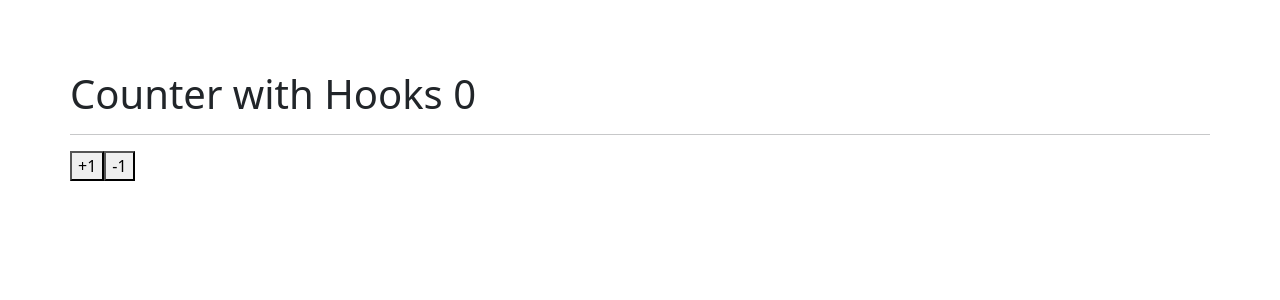
Repository: ppfeliuu/hooks-app
Page: /
An editor plug-in stored every save of this project. The page is shown before and after the next save, followed by the edit.
The browser window is 1280 px wide. The pictures show the whole page.
The project was rebuilt for these pictures with package versions that can differ from the ones it lists, and the page was loaded fresh each time. Also part of the build but not shown: src/components/01-useState/CounterApp.js, src/HookApp.js.

Above is the page before, as saved 2021-05-27 21:51:48.

### public/index.html
<!DOCTYPE html>
<html lang="en">
  <head>
    <meta charset="utf-8" />
    <link rel="icon" href="%PUBLIC_URL%/favicon.ico" />
    <meta name="viewport" content="width=device-width, initial-scale=1" />
    <meta name="theme-color" content="#000000" />
    <meta
      name="description"
      content="Web site created using create-react-app"
    />
    <link rel="apple-touch-icon" href="%PUBLIC_URL%/logo192.png" />
    <!--
      manifest.json provides metadata used when your web app is installed on a
      user's mobile device or desktop. See https://developers.google.com/web/fundamentals/web-app-manifest/
    -->
    <link rel="manifest" href="%PUBLIC_URL%/manifest.json" />
    <!--
      Notice the use of %PUBLIC_URL% in the tags above.
      It will be replaced with the URL of the `public` folder during the build.
      Only files inside the `public` folder can be referenced from the HTML.

      Unlike "/favicon.ico" or "favicon.ico", "%PUBLIC_URL%/favicon.ico" will
      work correctly both with client-side routing and a non-root public URL.
      Learn how to configure a non-root public URL by running `npm run build`.
    -->
    <link
      href="https://cdn.jsdelivr.net/npm/bootstrap@5.0.1/dist/css/bootstrap.min.css"
      rel="stylesheet"
      integrity="sha384-+0n0xVW2eSR5OomGNYDnhzAbDsOXxcvSN1TPprVMTNDbiYZCxYbOOl7+AMvyTG2x"
      crossorigin="anonymous"
    />
    <title>Hooks App</title>
  </head>
  <body>
    <noscript>You need to enable JavaScript to run this app.</noscript>
    <div id="root"></div>
    <!--
      This HTML file is a template.
      If you open it directly in the browser, you will see an empty page.

      You can add webfonts, meta tags, or analytics to this file.
      The build step will place the bundled scripts into the <body> tag.

      To begin the development, run `npm start` or `yarn start`.
      To create a production bundle, use `npm run build` or `yarn build`.
    -->
  </body>
</html>

### src/index.js
import React from "react";
import ReactDOM from "react-dom";
import { CounterApp } from "./components/01-useState/CounterApp";
import { CounterWithCustomHook } from "./components/01-useState/CounterWithCustomHook";
import { HookApp } from "./HookApp";

ReactDOM.render(<CounterWithCustomHook />, document.getElementById("root"));

### src/components/01-useState/CounterWithCustomHook.js
import React from "react";
import "./counter.css";

export const CounterWithCustomHook = () => {
  return (
    <>
      <h1>Counter with Hooks {0}</h1>
      <hr />

      <button>+1</button>
      <button>-1</button>
    </>
  );
};

Loaded but not shown: src/components/01-useState/counter.css (common file)

After the next save:
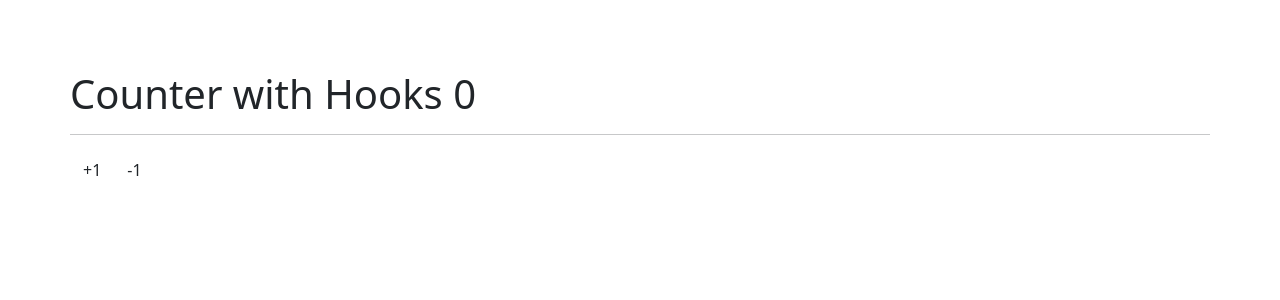
Saved 23 s later.
--- a/src/components/01-useState/CounterWithCustomHook.js
+++ b/src/components/01-useState/CounterWithCustomHook.js
@@ -7,8 +7,8 @@ export const CounterWithCustomHook = () => {
       <h1>Counter with Hooks {0}</h1>
       <hr />
 
-      <button>+1</button>
-      <button>-1</button>
+      <button className="btn">+1</button>
+      <button className="btn">-1</button>
     </>
   );
 };
